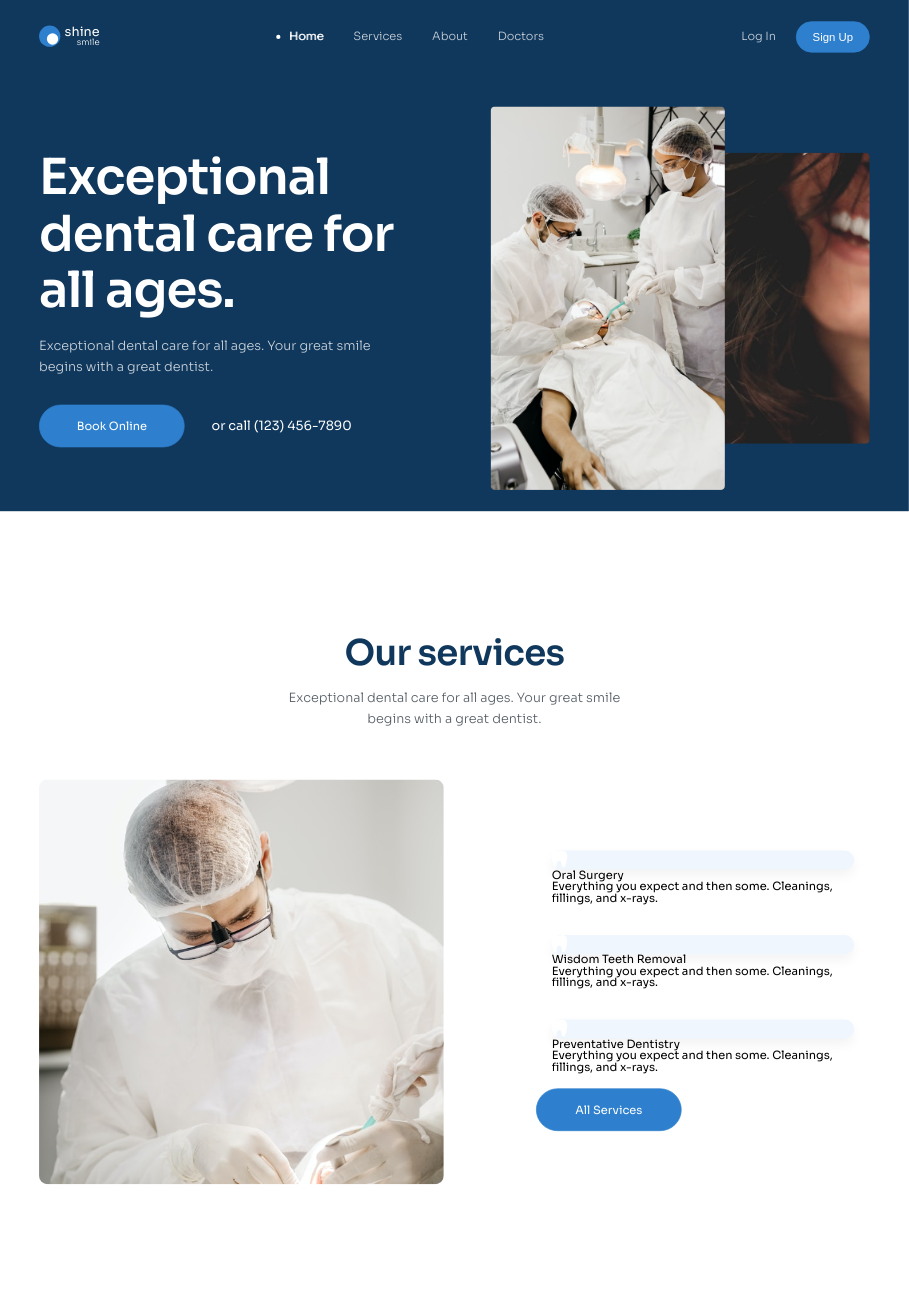
Repository: anhtien111198/f8-htmlcss-03
Page: index.html
The author's editor kept a copy of each file at every save. The page is drawn from the files as they stood at one save, then again after the next save.
The browser window is 1280 px wide. The pictures show the whole page, at 71% of full size.

Above is the page before, as saved 2023-05-12 16:59:25.

### index.html
<!DOCTYPE html>
<html lang="en">
    <head>
        <meta charset="UTF-8" />
        <meta http-equiv="X-UA-Compatible" content="IE=edge" />
        <meta name="viewport" content="width=device-width, initial-scale=1.0" />
        <title>shine smile</title>
        <!-- favicon -->
        <link
            rel="apple-touch-icon"
            sizes="57x57"
            href="./assets/favicon/apple-icon-57x57.png"
        />
        <link
            rel="apple-touch-icon"
            sizes="60x60"
            href="./assets/favicon/apple-icon-60x60.png"
        />
        <link
            rel="apple-touch-icon"
            sizes="72x72"
            href="./assets/favicon/apple-icon-72x72.png"
        />
        <link
            rel="apple-touch-icon"
            sizes="76x76"
            href="./assets/favicon/apple-icon-76x76.png"
        />
        <link
            rel="apple-touch-icon"
            sizes="114x114"
            href="./assets/favicon/apple-icon-114x114.png"
        />
        <link
            rel="apple-touch-icon"
            sizes="120x120"
            href="./assets/favicon/apple-icon-120x120.png"
        />
        <link
            rel="apple-touch-icon"
            sizes="144x144"
            href="./assets/favicon/apple-icon-144x144.png"
        />
        <link
            rel="apple-touch-icon"
            sizes="152x152"
            href="./assets/favicon/apple-icon-152x152.png"
        />
        <link
            rel="apple-touch-icon"
            sizes="180x180"
            href="./assets/favicon/apple-icon-180x180.png"
        />
        <link
            rel="icon"
            type="image/png"
            sizes="192x192"
            href="./assets/favicon/android-icon-192x192.png"
        />
        <link
            rel="icon"
            type="image/png"
            sizes="32x32"
            href="./assets/favicon/favicon-32x32.png"
        />
        <link
            rel="icon"
            type="image/png"
            sizes="96x96"
            href="./assets/favicon/favicon-96x96.png"
        />
        <link
            rel="icon"
            type="image/png"
            sizes="16x16"
            href="./assets/favicon/favicon-16x16.png"
        />
        <link rel="manifest" href="./assets/favicon/manifest.json" />
        <meta name="msapplication-TileColor" content="#ffffff" />
        <meta
            name="msapplication-TileImage"
            content="./assets/favicon/ms-icon-144x144.png"
        />
        <meta name="theme-color" content="#ffffff" />
        <!-- font -->
        <link rel="preconnect" href="https://fonts.googleapis.com" />
        <link rel="preconnect" href="https://fonts.gstatic.com" crossorigin />
        <link
            href="https://fonts.googleapis.com/css2?family=Sora:wght@200;300;400;500;600;700;800&display=swap"
            rel="stylesheet"
        />
        <!-- reset css -->
        <link rel="stylesheet" href="./assets/css/reset.css" />
        <!-- style css -->
        <link rel="stylesheet" href="./assets/css/style.css" />
    </head>
    <body>
        <header class="header">
            <div class="container">
                <!-- header top -->
                <div class="header-top">
                    <!-- logo -->
                    <a href="/">
                        <div class="logo">
                            <span class="logo__circle"></span>
                            <span class="logo__text">
                                <span class="logo__brand">shine</span>
                                <span class="logo__brand logo__brand--small">
                                    smile
                                </span>
                            </span>
                        </div>
                    </a>
                    <!-- navbar -->
                    <nav class="navbar">
                        <ul class="navbar__list">
                            <li class="navbar__item">
                                <a
                                    href="#!"
                                    class="navbar__link navbar__link--active"
                                >
                                    Home
                                </a>
                            </li>
                            <li class="navbar__item">
                                <a href="#!" class="navbar__link">Services</a>
                            </li>
                            <li class="navbar__item">
                                <a href="#!" class="navbar__link">About</a>
                            </li>
                            <li class="navbar__item">
                                <a href="#!" class="navbar__link">Doctors</a>
                            </li>
                        </ul>
                    </nav>
                    <!-- action -->
                    <div class="header-action">
                        <a href="#!" class="header-action__login">Log In</a>
                        <button href="#!" class="btn header-action__signup">
                            Sign Up
                        </button>
                    </div>
                </div>
                <!-- Hero -->
                <section class="hero">
                    <!-- hero content -->
                    <section class="hero__content">
                        <h1 class="hero__heading">
                            Exceptional dental care for all ages.
                        </h1>
                        <p class="hero__desc">
                            Exceptional dental care for all ages. Your great
                            smile begins with a great dentist.
                        </p>
                        <div class="hero__row">
                            <a href="" class="btn">Book Online</a>
                            <span class="hero__phone"
                                >or call (123) 456-7890</span
                            >
                        </div>
                    </section>
                    <!-- hero media -->
                    <div class="hero__media">
                        <figure class="hero__images">
                            <img
                                src="./assets/image/hero-01jpg.jpg"
                                alt=""
                                class="hero__img"
                            />
                            <img
                                src="./assets/image/hero-02.jpg"
                                alt=""
                                class="hero__img"
                            />
                        </figure>
                    </div>
                </section>
            </div>
        </header>
        <main style="height: 5000">
            <section class="service">
                <div class="container">
                    <h2 class="service__heading section-heading">
                        Our services
                    </h2>
                    <p class="service__desc section-desc">
                        Exceptional dental care for all ages. Your great smile
                        begins with a great dentist.
                    </p>
                    <div class="service__row">
                        <figure class="service__images">
                            <img
                                src="./assets/image/service-1.jpg"
                                alt=""
                                class="service__img"
                            />
                        </figure>
                        <div>
                            <div class="service__list">
                                <!-- service item 1 -->
                                <section class="service-item">
                                    <div class="service-item__icon-wrap">
                                        <svg
                                            class="service-item__icon"
                                            width="22"
                                            height="24"
                                            viewBox="0 0 22 24"
                                            fill="none"
                                            xmlns="http://www.w3.org/2000/svg"
                                        >
                                            <path
                                                d="M20.3598 2.63964C17.9506 -0.556131 14.2772 -0.568132 11.2481 1.10682C11.001 1.24657 10.7219 1.31411 10.4406 1.30222C10.1592 1.29033 9.88633 1.19945 9.65105 1.03931C8.49552 0.245717 7.29036 -0.316477 5.13904 0.207462C0.623408 1.3071 0 4.90379 0 8.99816C0.0797353 12.1602 0.500857 15.3032 1.25551 18.3683C2.11836 22.0168 3.90382 24 5.43354 24C6.96326 24 7.00963 22.2204 7.00963 20.8016C7.00963 19.2009 7.39505 14.8009 10.8642 14.8009C13.5317 14.8009 14.3333 18.4013 14.3333 20.8016C14.3329 23.095 15.1722 24 16.6628 24C19.5267 24 20.9796 15.3938 21.3719 13.1237C21.7642 10.8535 22.9882 6.12569 20.3598 2.63964Z"
                                                fill="white"
                                            />
                                        </svg>
                                    </div>
                                    <div class="service-item__body">
                                        <h3 class="service-item__heading">
                                            Oral Surgery
                                        </h3>
                                        <p class="service-item__desc">
                                            Everything you expect and then some.
                                            Cleanings, fillings, and x-rays.
                                        </p>
                                    </div>
                                </section>
                                <!-- service item 2 -->
                                <section class="service-item">
                                    <div class="service-item__icon-wrap">
                                        <svg
                                            class="service-item__icon"
                                            width="22"
                                            height="24"
                                            viewBox="0 0 22 24"
                                            fill="none"
                                            xmlns="http://www.w3.org/2000/svg"
                                        >
                                            <path
                                                d="M20.3598 2.63964C17.9506 -0.556131 14.2772 -0.568132 11.2481 1.10682C11.001 1.24657 10.7219 1.31411 10.4406 1.30222C10.1592 1.29033 9.88633 1.19945 9.65105 1.03931C8.49552 0.245717 7.29036 -0.316477 5.13904 0.207462C0.623408 1.3071 0 4.90379 0 8.99816C0.0797353 12.1602 0.500857 15.3032 1.25551 18.3683C2.11836 22.0168 3.90382 24 5.43354 24C6.96326 24 7.00963 22.2204 7.00963 20.8016C7.00963 19.2009 7.39505 14.8009 10.8642 14.8009C13.5317 14.8009 14.3333 18.4013 14.3333 20.8016C14.3329 23.095 15.1722 24 16.6628 24C19.5267 24 20.9796 15.3938 21.3719 13.1237C21.7642 10.8535 22.9882 6.12569 20.3598 2.63964Z"
                                                fill="white"
                                            />
                                        </svg>
                                    </div>
                                    <div class="service-item__body">
                                        <h3 class="service-item__heading">
                                            Wisdom Teeth Removal
                                        </h3>
                                        <p class="service-item__desc">
                                            Everything you expect and then some.
                                            Cleanings, fillings, and x-rays.
                                        </p>
                                    </div>
                                </section>
                                <!-- service item 3 -->
                                <section class="service-item">
                                    <div class="service-item__icon-wrap">
                                        <svg
                                            class="service-item__icon"
                                            width="22"
                                            height="24"
                                            viewBox="0 0 22 24"
                                            fill="none"
                                            xmlns="http://www.w3.org/2000/svg"
                                        >
                                            <path
                                                d="M20.3598 2.63964C17.9506 -0.556131 14.2772 -0.568132 11.2481 1.10682C11.001 1.24657 10.7219 1.31411 10.4406 1.30222C10.1592 1.29033 9.88633 1.19945 9.65105 1.03931C8.49552 0.245717 7.29036 -0.316477 5.13904 0.207462C0.623408 1.3071 0 4.90379 0 8.99816C0.0797353 12.1602 0.500857 15.3032 1.25551 18.3683C2.11836 22.0168 3.90382 24 5.43354 24C6.96326 24 7.00963 22.2204 7.00963 20.8016C7.00963 19.2009 7.39505 14.8009 10.8642 14.8009C13.5317 14.8009 14.3333 18.4013 14.3333 20.8016C14.3329 23.095 15.1722 24 16.6628 24C19.5267 24 20.9796 15.3938 21.3719 13.1237C21.7642 10.8535 22.9882 6.12569 20.3598 2.63964Z"
                                                fill="white"
                                            />
                                        </svg>
                                    </div>
                                    <div class="service-item__body">
                                        <h3 class="service-item__heading">
                                            Preventative Dentistry
                                        </h3>
                                        <p class="service-item__desc">
                                            Everything you expect and then some.
                                            Cleanings, fillings, and x-rays.
                                        </p>
                                    </div>
                                </section>
                            </div>
                            <a href="#!" class="btn">All Services</a>
                        </div>
                    </div>
                </div>
            </section>
        </main>
    </body>
</html>

### assets/css/style.css
* {
    box-sizing: border-box;
}
:root {
    --header-bg: #10375c;
}
html {
    font-size: 62.5%;
}
body {
    font-size: 1.6rem;
    font-family: "Sora", sans-serif;
}
/* ======Common========= */
a {
    text-decoration: none;
}
.container {
    width: 1170px;
    max-width: calc(100% - 48px);
    margin: 0 auto;
}
.btn {
    --height: 60px;
    display: inline-block;
    min-width: 205px;
    height: var(--height);
    padding: 0 20px;
    border-radius: 99px;
    border: 1px solid #2e80ce;
    font-size: 1.6rem;
    font-weight: 400;
    line-height: var(--height);
    color: #fff;
    text-align: center;
    background: #2e80ce;
}
.btn:hover {
    opacity: 0.9;
    cursor: pointer;
}
.section-heading {
    font-weight: 600;
    font-size: 5rem;
    line-height: 1.2;
    letter-spacing: -0.02em;
    color: #10375c;
}
.section-desc {
    margin-top: 18px;
    font-weight: 300;
    font-size: 1.8rem;
    line-height: 1.67;
    color: #575f66;
}
/* ========header============= */
.header {
    min-height: 100vh;
    padding-top: 30px;
    background: var(--header-bg);
}
.logo {
    position: relative;
    display: inline-flex;
    font-size: 1rem;
}
.logo__circle::after,
.logo__circle::before {
    content: "";
    display: inline-block;
    border-radius: 50%;
}
.logo__circle::before {
    width: 3em;
    height: 3em;
    background: #2e80ce;
}
.logo__circle::after {
    position: absolute;
    top: 1.1em;
    left: 1.1em;
    width: 1.6em;
    height: 1.6em;
    background: #ffffff;
}
.logo__text {
    margin-left: 0.6em;
    text-align: right;
    line-height: 1.6em;
}
.logo__brand {
    display: block;
    font-size: 1.8em;
    font-weight: 400;
    color: #ffffff;
}
.logo__brand--small {
    font-size: 1.2em;
    font-weight: 300;
}
/* ========Header top========== */
.header-top {
    display: flex;
    align-items: center;
    justify-content: space-between;
}
.navbar__list {
    display: flex;
}
.header-action__login,
.navbar__link {
    padding: 4px 21px;
    font-weight: 300;
    font-size: 1.6rem;
    color: #c9d2da;
}
.navbar__link:hover,
.navbar__link--active {
    color: #fff;
    text-shadow: 1px 0 0 currentColor;
}
.navbar__link--active::before {
    position: relative;
    top: -2px;
    left: -8px;
    content: "";
    display: inline-block;
    width: 6px;
    height: 6px;
    border-radius: 50%;
    background: #fff;
}
.header-action {
    display: flex;
    align-items: center;
}
.header-action__login {
    margin-right: 7px;
}
.header-action__signup {
    --height: 44px;
    min-width: 104px;
}
/* ========hero=========== */
.hero {
    display: flex;
    align-items: center;
    margin-top: 76px;
}
.hero__content {
    flex-shrink: 0;
    width: 44%;
}
.hero__media {
    flex-grow: 1;
}
.hero__heading {
    font-weight: 600;
    font-size: 7rem;
    line-height: 1.14;
    letter-spacing: -0.02em;
    color: #ffffff;
}
.hero__desc {
    margin-top: 22px;
    font-weight: 300;
    font-size: 1.8rem;
    line-height: 1.67;
    color: #c9d2da;
}
.hero__row {
    display: flex;
    align-items: center;
    margin-top: 38px;
}
.hero__phone {
    margin-left: 38px;
    font-weight: 400;
    font-size: 1.8rem;
    line-height: 1.67;
    color: #ffffff;
}
.hero__images {
    display: flex;
    align-items: center;
    justify-content: flex-end;
}
.hero__img {
    width: 330px;
    height: 540px;
    border-radius: 6px;
    object-fit: cover;
}
.hero__img:first-child {
    position: relative;
    margin-right: -6px;
}
.hero__img:last-child {
    width: 210px;
    height: 410px;
}
/* ========service=========== */
.service {
    padding: 170px 0;
}
.service__heading,
.service__desc {
    text-align: center;
}
.service__desc {
    width: 468px;
    margin-left: auto;
    margin-right: auto;
}
.service__row {
    display: flex;
    align-items: center;
    justify-content: space-between;
    margin-top: 70px;
}
.service__img {
    width: 570px;
    height: 570px;
    border-radius: 12px;
    object-fit: cover;
}
/* =====service item========= */
.service-item {
    width: 470px;
    padding: 22px;
    background: #ffffff;
    border-radius: 10px;
}
.service-item__icon-wrap {
    background: #eff6fd;
    box-shadow: 0px 8px 16px rgba(0, 0, 0, 0.05);
    border-radius: 30px;
}

Loaded but not shown: assets/css/reset.css (common file)

After the next save:
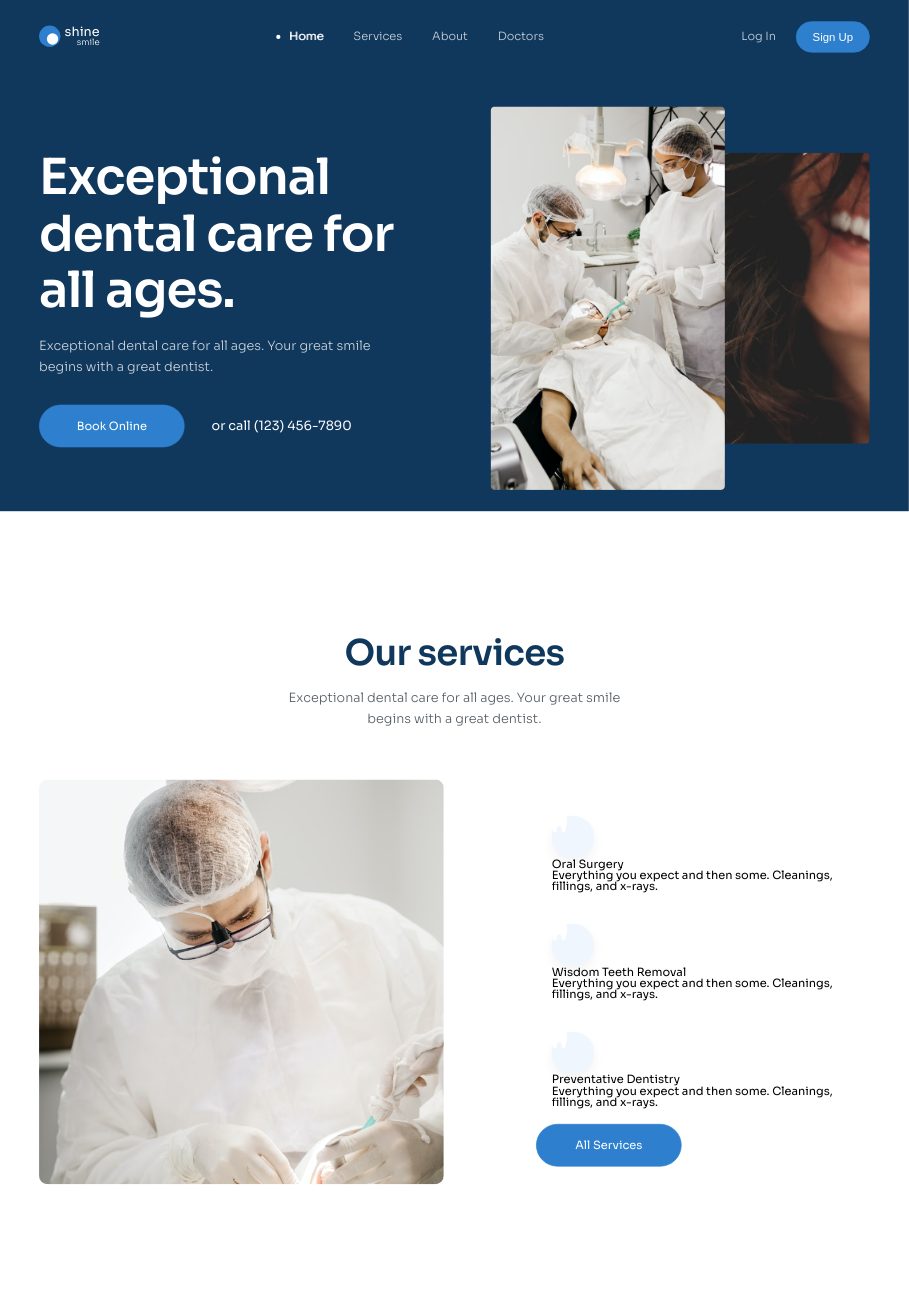
Saved 16 s later.
--- a/assets/css/style.css
+++ b/assets/css/style.css
@@ -232,6 +232,8 @@
     border-radius: 10px;
 }
 .service-item__icon-wrap {
+    width: 60px;
+    height: 60px;
     background: #eff6fd;
     box-shadow: 0px 8px 16px rgba(0, 0, 0, 0.05);
     border-radius: 30px;
